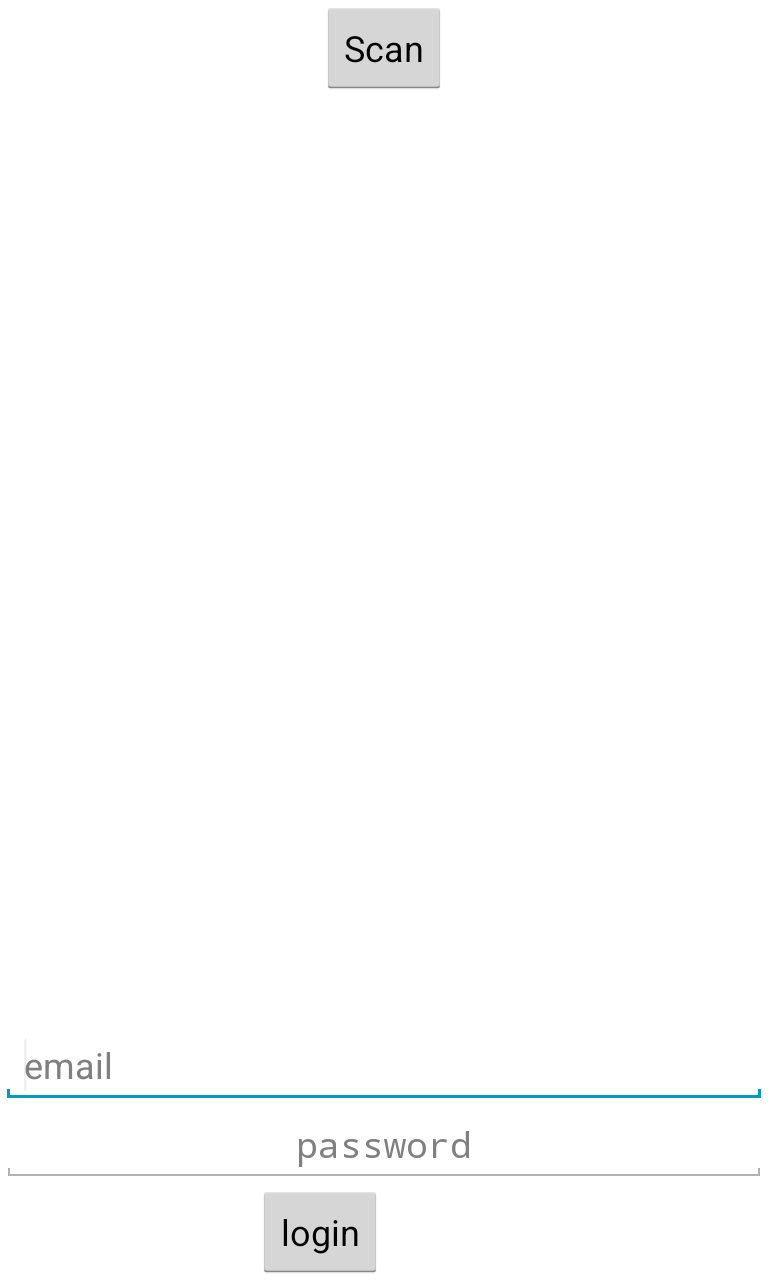
Repository: jessewang129/BarcodeScanner
Layout: nwhack/res/layout/activity_main.xml
The author's editor kept a copy of each file at every save. The layout is drawn from the files as they stood at one save, then again after a run of saves.
It is drawn on a 768 x 1280 px phone screen (xhdpi) without system bars, with theme AppTheme; the app's code is not run.

Above is the layout before, as saved 2015-03-15 12:26:03.

After the next 2 saves:
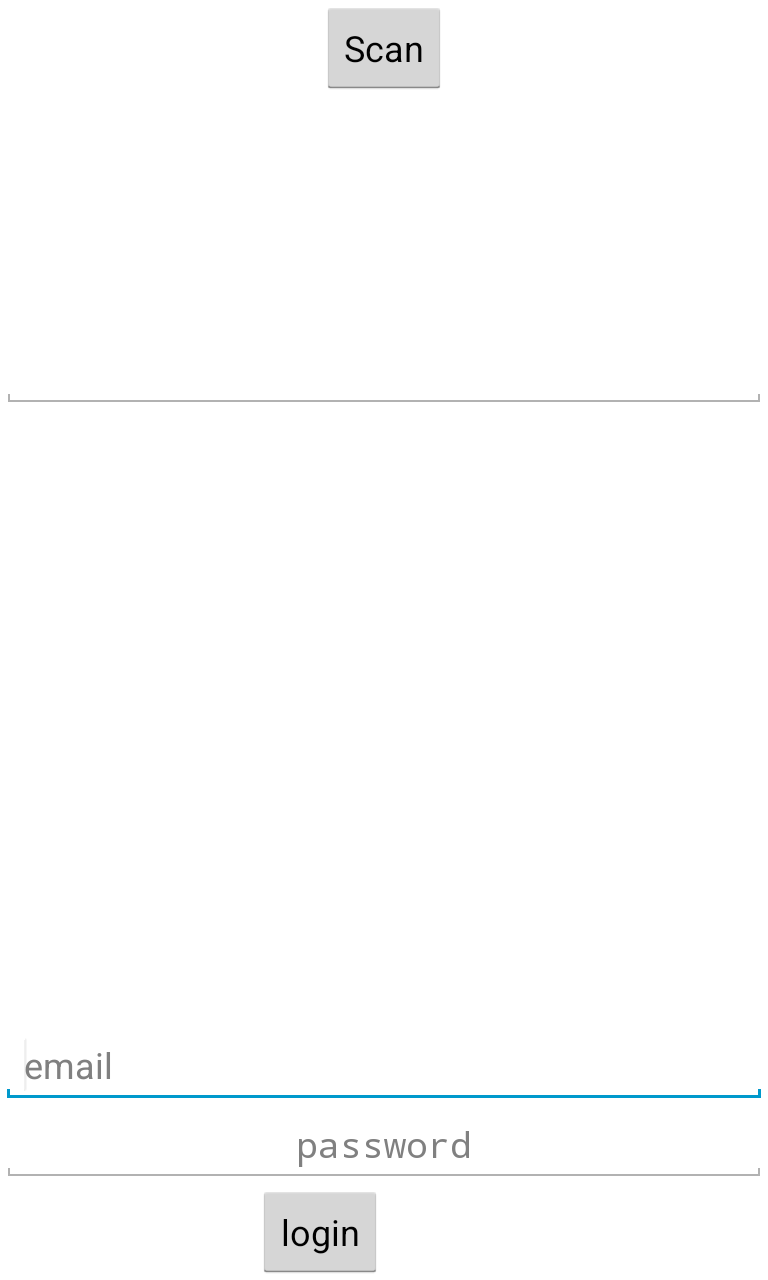
The 2 saves are shown as one change because 1 did not build or start.
The last was saved 7 min 13 s later.
--- a/nwhack/res/layout/activity_main.xml
+++ b/nwhack/res/layout/activity_main.xml
@@ -52,6 +52,16 @@
 	    android:text="@string/login" />
 
 	<EditText
+	    android:id="@+id/description"
+	    android:layout_width="fill_parent"
+	    android:layout_height="wrap_content"
+	    android:layout_below="@+id/product_name"
+	    android:layout_alignParentLeft="true"
+	    android:ems="10"
+	    android:inputType="text"
+	    android:maxLines="1" />
+
+	<EditText
 	    android:id="@+id/email_address"
 	    android:layout_width="fill_parent"
 	    android:layout_height="wrap_content"
